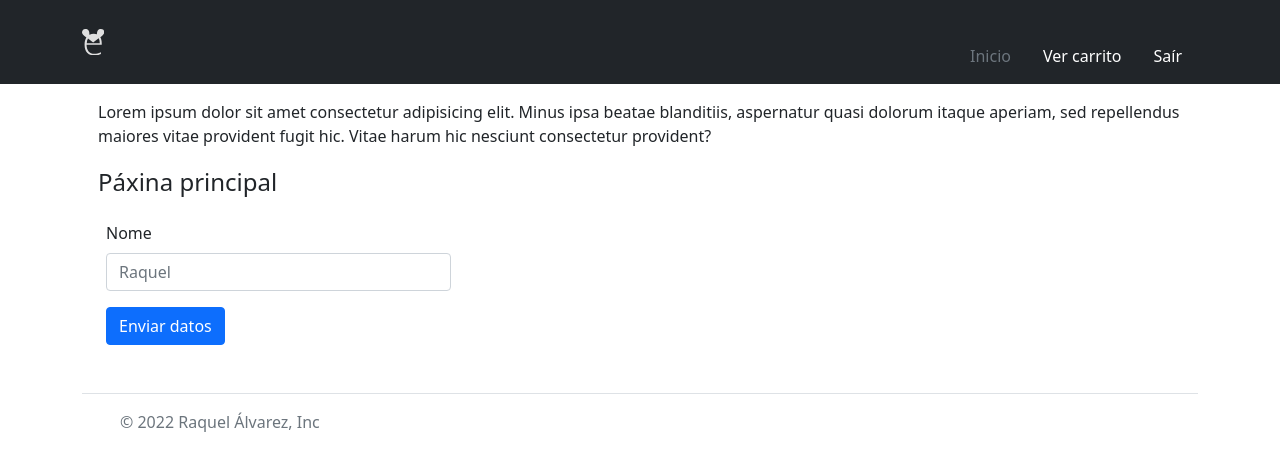
Repository: RaquelAlvarezz/pedidos
Page: index.html
These files come from the project's save history. The page is drawn as it stood at one moment and after the next save; the edit follows.
The browser window is 1280 px wide. The pictures show the whole page.

Above is the page before, as saved 2022-02-17 08:34:06.
Console error: SyntaxError: Cannot use import statement outside a module

After the next save:
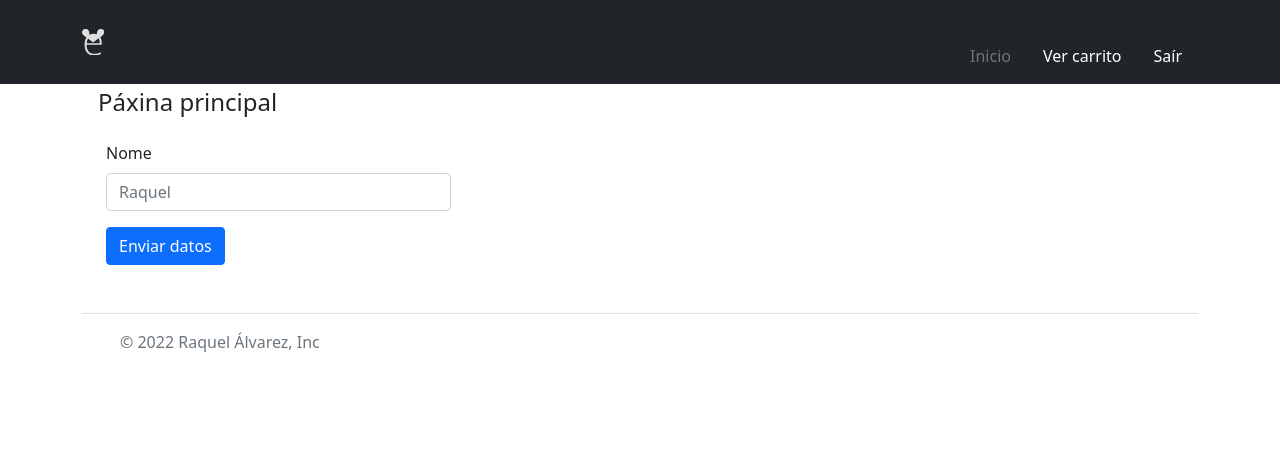
Saved 42 min 53 s later.
--- a/index.html
+++ b/index.html
@@ -13,7 +13,6 @@
     <main>
       <!-- Your page's content -->
     <section class="container mb-5">
-      <p class="p-3 pb-0" id="theme-colors">Lorem ipsum dolor sit amet consectetur adipisicing elit. Minus ipsa beatae blanditiis, aspernatur quasi dolorum itaque aperiam, sed repellendus maiores vitae provident fugit hic. Vitae harum hic nesciunt consectetur provident? </p>
       <h4 class="p-3 pt-1">Páxina principal</h4>
       <div class="row">
           <div class="col">

After the save that followed:
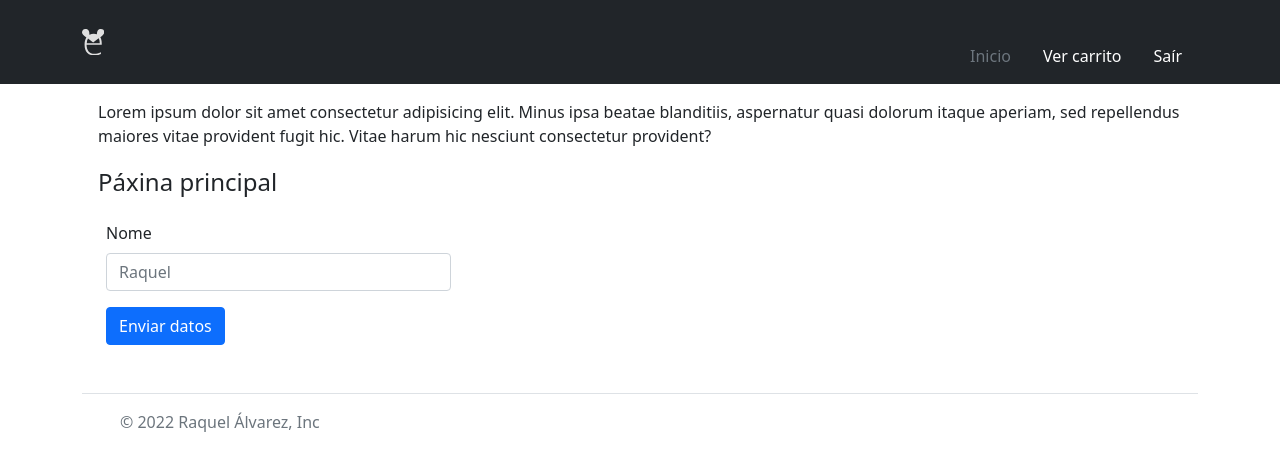
Saved 14 s later.
--- a/index.html
+++ b/index.html
@@ -13,6 +13,7 @@
     <main>
       <!-- Your page's content -->
     <section class="container mb-5">
+      <p class="p-3 pb-0" id="theme-colors">Lorem ipsum dolor sit amet consectetur adipisicing elit. Minus ipsa beatae blanditiis, aspernatur quasi dolorum itaque aperiam, sed repellendus maiores vitae provident fugit hic. Vitae harum hic nesciunt consectetur provident? </p>
       <h4 class="p-3 pt-1">Páxina principal</h4>
       <div class="row">
           <div class="col">
